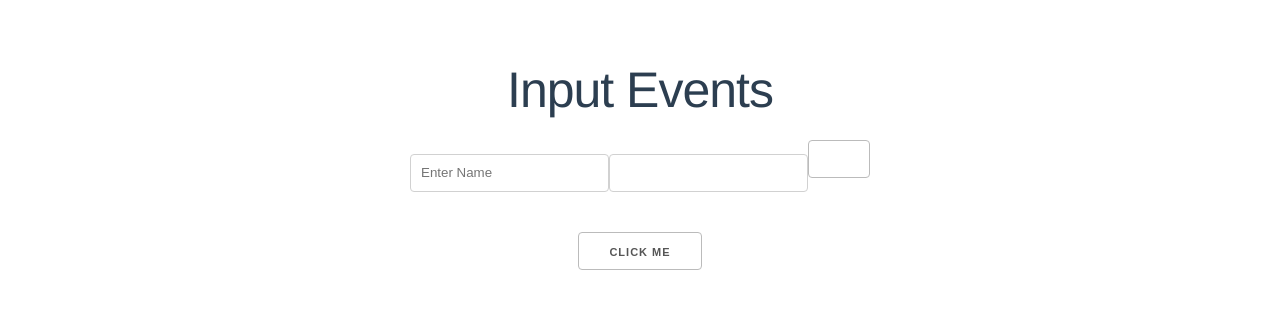
Repository: chsvk/Vue-JS-Course
Page: /
These files come from the project's save history. The page is drawn as it stood at one moment and after the next save; the edit follows.
The browser window is 1280 px wide. The pictures show the whole page.
The project was rebuilt for these pictures with package versions that can differ from the ones it lists, and the page was loaded fresh each time. Also part of the build but not shown: src/components/HelloWorld.vue.

Above is the page before, as saved 2019-03-11 22:47:38.

### public/index.html
<!DOCTYPE html>
<html lang="en">
  <head>
    <meta charset="utf-8">
    <meta http-equiv="X-UA-Compatible" content="IE=edge">
    <meta name="viewport" content="width=device-width,initial-scale=1.0">
    <link rel="icon" href="<%= BASE_URL %>favicon.ico">
    <link rel="stylesheet" href="https://cdnjs.cloudflare.com/ajax/libs/skeleton/2.0.4/skeleton.min.css">
    <title>testproject</title>
  </head>
  <body>
    <noscript>
      <strong>We're sorry but testproject doesn't work properly without JavaScript enabled. Please enable it to continue.</strong>
    </noscript>
    <div id="app"></div>
    <!-- built files will be auto injected -->
  </body>
</html>

### src/App.vue
<template>
  <div id="app">
   <h1>Input Events</h1>

   <form @submit.prevent="submitPressed()" action="">
     <input type="text" @blur="blur()" placeholder="Enter Name" v-model="name">
    <input type="text" @focus="focus()">
    <button type="submit"></button>
   </form>
   <button @click.once="buttonIsClicked()">Click Me</button>
  </div>
</template>

<script>
import HelloWorld from './components/HelloWorld.vue'

export default {
  name: 'app',
  data(){
    return{
      name: ""
    }
  },
  methods: {
    blur(){
      alert('Clicked Off input field')
    },
    focus(){
      alert('You Have focuessed')
    },
    submitPressed(){
      console.log(this.name)
    },
    buttonIsClicked(){
      console.log('Button Clicked')
    }
  }

}
</script>

<style lang="scss">
#app {
  font-family: 'Avenir', Helvetica, Arial, sans-serif;
  -webkit-font-smoothing: antialiased;
  -moz-osx-font-smoothing: grayscale;
  text-align: center;
  color: #2c3e50;
  margin-top: 60px;
}
</style>

Loaded but not shown: src/main.js (common file)

After the next save:
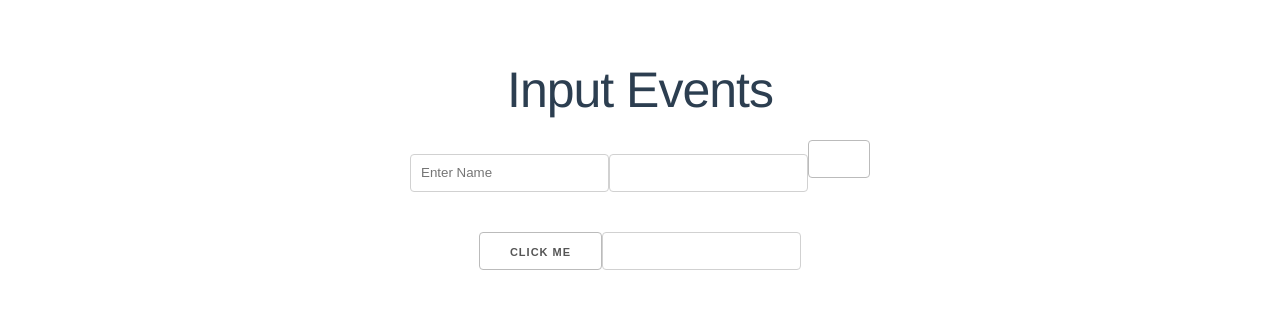
Saved 98 s later.
--- a/src/App.vue
+++ b/src/App.vue
@@ -8,6 +8,8 @@
     <button type="submit"></button>
    </form>
    <button @click.once="buttonIsClicked()">Click Me</button>
+
+   <input type="text" @keydown="keyIsDown()">
   </div>
 </template>
 
@@ -33,6 +35,9 @@ export default {
     },
     buttonIsClicked(){
       console.log('Button Clicked')
+    },
+    keyIsDown(){
+      console.log("Key Is Down")
     }
   }
 
